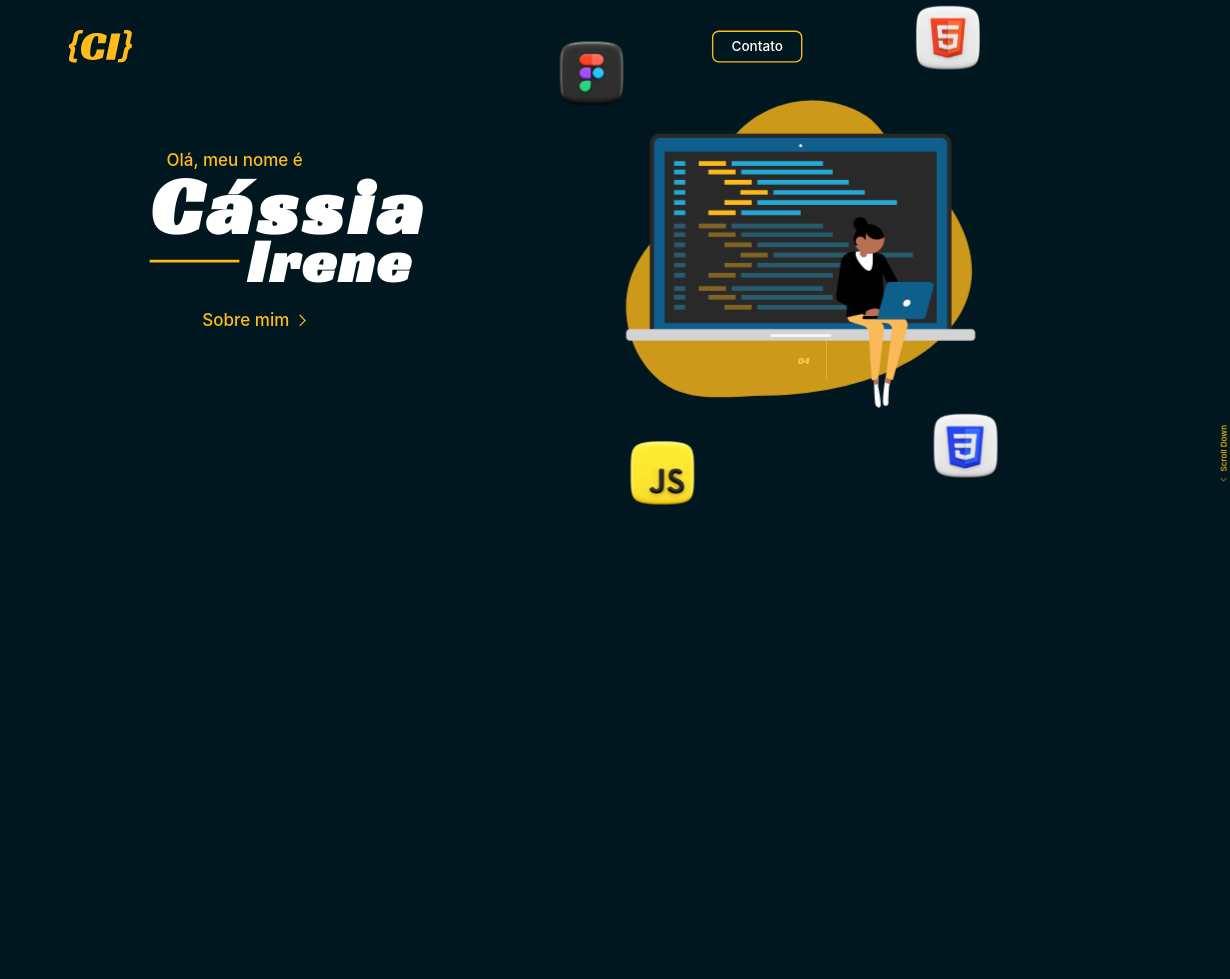
Repository: Cassia-Irene/My-Portfolio
Page: /
The author's editor kept a copy of each file at every save. The page is drawn from the files as they stood at one save, then again after the next save.
The browser window is 1280 px wide. The page is 1809 px wide, so the pictures cover 1809 px, including what lies to the right of the window. The pictures show the whole page, at 68% of full size.
The project was rebuilt for these pictures with package versions that can differ from the ones it lists, and the page was loaded fresh each time. Also part of the build but not shown: vite.config.ts.

Above is the page before, as saved 2025-08-03 22:09:44.

After the next save:
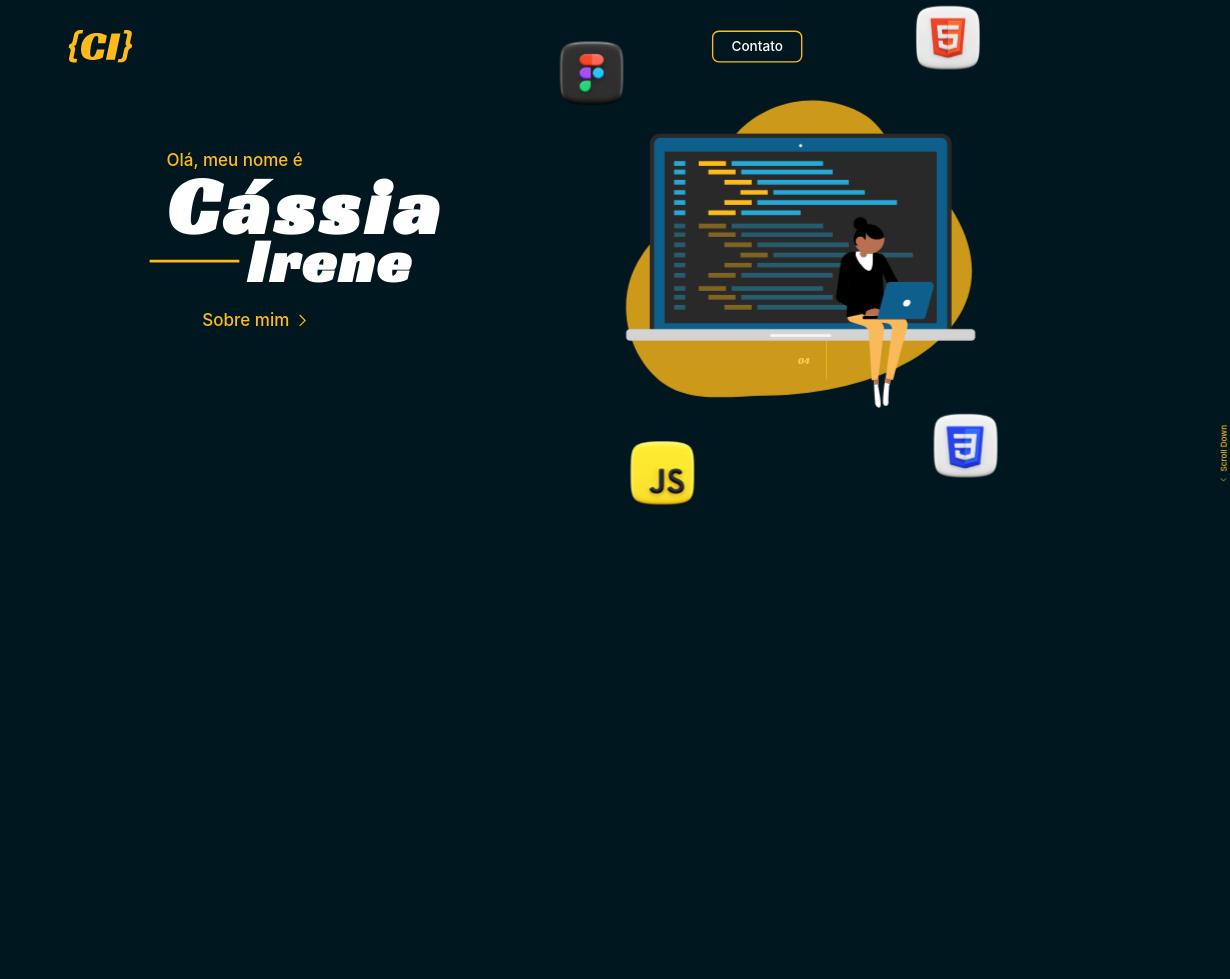
Saved 5 s later.
--- a/src/Hero.tsx
+++ b/src/Hero.tsx
@@ -39,7 +39,7 @@ const Name = styled.h1`
   letter-spacing: 8px;
   position: relative;
   margin-top: -23px;
-  left: 24%;
+  left: 30%;
 `;
 
 const IreneWrapper = styled.div`
